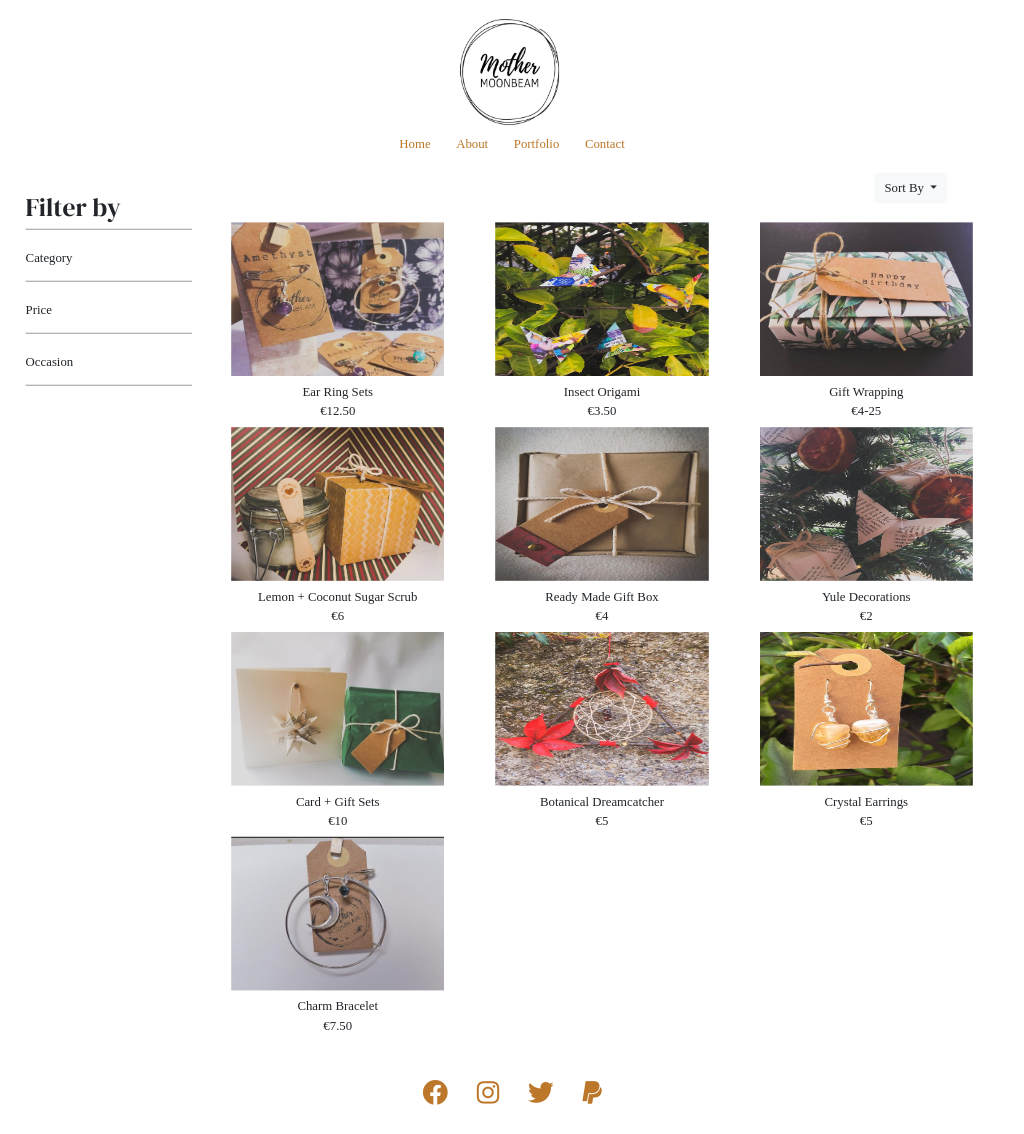
Repository: brianscan14/FE-1st-Milestone-Project
Page: portfolio.html
The author's editor kept a record of every edit. The page is drawn from the files as they stood at one moment, then again after the next edit.
The browser window is 1280 px wide. The pictures show the whole page, at 80% of full size.
Some web libraries are served in a nearby version.

Above is the page before.

### portfolio.html
<!DOCTYPE html>
<html lang="en">
<head>
	<meta charset="UTF-8">
	<meta name="viewport" content="width=device-width, initial-scale=1.0">
	<meta http-equiv="X-UA-Compatible" content="ie=edge">
	<link rel="stylesheet" href="https://use.fontawesome.com/releases/v5.8.2/css/all.css" type="text/css" />
	<link rel="stylesheet" href="https://stackpath.bootstrapcdn.com/bootstrap/4.3.1/css/bootstrap.min.css" type="text/css" />
	<link rel="stylesheet" href="https://stackpath.bootstrapcdn.com/bootstrap/4.3.1/css/bootstrap.min.css" type="text/css" />
	<link rel="stylesheet" href="assets/css/style.css" type="text/css" />
	<link href="https://fonts.googleapis.com/css?family=DM+Serif+Display&display=swap" rel="stylesheet">

	<title>Mother.Moonbeam | Arts & Crafts</title>
</head>

<body>


<header>

<span class="moon-logo d-none d-sm-block">
<img src="./assets/images/moonbeamlogo.png" style="width: 10em;height:10em;">
</span>

<ul class="nav nav-pills nav-small-screen mb-3 justify-content-center" id="pills-tab" role="tablist">
  <li class="nav-item">
    <a class="nav-link" id="pills-home-tab" data-toggle="pill" href="#pills-home" role="tab" aria-controls="pills-home" aria-selected="true">Home</a>
  </li>
  <li class="nav-item">
    <a class="nav-link" id="pills-profile-tab" data-toggle="pill" href="#pills-about" role="tab" aria-controls="pills-about" aria-selected="false">About</a>
  </li>
  <li class="nav-item">
    <a class="nav-link" id="pills-contact-tab" data-toggle="pill" href="#pills-portfolio" role="tab" aria-controls="pills-portfolio" aria-selected="false">Portfolio</a>
  </li>
    <li class="nav-item">
    <a class="nav-link" id="pills-contact-tab" data-toggle="pill" href="#pills-contact" role="tab" aria-controls="pills-contact" aria-selected="false">Contact</a>
  </li>
</ul>

<nav class="navbar navbar-light navbar-expand-sm nav-md-screen d-md-none fixed-top">
        <span class="navbar-brand">
                    Mother.Moonbeam <i class="fas fa-moon fa-lg"></i>
        </span>

        <button class="navbar-toggler ml-auto" type="button" data-toggle="collapse" data-target="#navbarNavDropdown" aria-controls="navbarNavDropdown" aria-expanded="false" aria-label="Toggle navigation">
        <span class="navbar-toggler-icon fa-sm"></span></button>

        <div class="collapse navbar-collapse" id="navbarNavDropdown">
            <ul class="navbar-nav mr-auto">
                <li class="nav-item ml-auto mr-auto"><a class="nav-link" href="#">Home</a></li>
                <li class="nav-item ml-auto mr-auto"><a class="nav-link" href="#">About</a></li>
                <li class="nav-item ml-auto mr-auto"><a class="nav-link" href="">Portfolio</a></li>
                <li class="nav-item ml-auto mr-auto"><a class="nav-link" href="">Contact</a></li>
            </ul>
        </div>

</nav>

</header>


<aside>


<div class="aside-section"><h2 class="shopfilterheading">Filter by</h2></div>


<div class="aside-section">
<p>
  <a class="" data-toggle="collapse" href="#collapseExample" role="button" aria-expanded="false" aria-controls="collapseExample">
    Category
  </a>
</p>
<div class="collapse" id="collapseExample">
    <div><a href="#">Origami</a></div>
    <div><a href="#">Winter Collection</a></div>
    <div><a href="#">Summer Collection</a></div>
    <div><a href="#">Gift Wrapping</a></div>
</div>
</div>

<div class="aside-section">
<p>
  <a class="" data-toggle="collapse" href="#collapseExample2" role="button" aria-expanded="false" aria-controls="collapseExample2">
    Price
  </a>
</p>
<div class="collapse" id="collapseExample2">
    <div><a href="#">0-€5</a></div>
    <div><a href="#">5-10€</a></div>
    <div><a href="#">10-20€</a></div>
    <div><a href="#">20€+</a></div>

</div>

</div>

<div class="aside-section">
<p>
  <a class="" data-toggle="collapse" href="#collapseExample3" role="button" aria-expanded="false" aria-controls="collapseExample3">
    Occasion
  </a>
</p>
<div class="collapse" id="collapseExample3">
    <div><a href="#">Birthday</a></div>
    <div><a href="#">Anniversay</a></div>
    <div><a href="#">Xmas gift sets</a></div>
</div>

</div>


</aside>


<article>

<div class="filtertest">

<div class="filterbutton" data-toggle="collapse" href="#collapseExample6" role="button" aria-expanded="false" aria-controls="collapseExample6">
    <div class="aside-section"><h2 class="shopfilterheading">Filter by</h2></div>
</div>

<div class="collapse" id="collapseExample6">

<div class="aside-section">
<p>
  <a class="" data-toggle="collapse" href="#collapseExample" role="button" aria-expanded="false" aria-controls="collapseExample">
    Category
  </a>
</p>
<div class="collapse" id="collapseExample">
    <div><a href="#">Origami</a></div>
    <div><a href="#">Winter Collection</a></div>
    <div><a href="#">Summer Collection</a></div>
    <div><a href="#">Gift Wrapping</a></div>
</div>
</div>

<div class="aside-section">
<p>
  <a class="" data-toggle="collapse" href="#collapseExample2" role="button" aria-expanded="false" aria-controls="collapseExample2">
    Price
  </a>
</p>
<div class="collapse" id="collapseExample2">
    <div><a href="#">0-€5</a></div>
    <div><a href="#">5-10€</a></div>
    <div><a href="#">10-20€</a></div>
    <div><a href="#">20€+</a></div>

</div>

</div>

<div class="aside-section">
<p>
  <a class="" data-toggle="collapse" href="#collapseExample3" role="button" aria-expanded="false" aria-controls="collapseExample3">
    Occasion
  </a>
</p>
<div class="collapse" id="collapseExample3">
    <div><a href="#">Birthday</a></div>
    <div><a href="#">Anniversay</a></div>
    <div><a href="#">Xmas gift sets</a></div>
</div>

</div>

</div>
</div>

<div class="sortby mb-2">

<div class="btn-group">
  <button type="button" class="btn btn-light dropdown-toggle" data-toggle="dropdown" aria-haspopup="true" aria-expanded="false">
    Sort By
  </button>
  <div class="dropdown-menu">
    <button class="dropdown-item" type="button">Price (low to high)</button>
    <button class="dropdown-item" type="button">Price (high to low)</button>
    <button class="dropdown-item" type="button">Name (A-Z)</button>
    <button class="dropdown-item" type="button">Name (Z-A)</button>
  </div>
</div>
</div>

<div class="row shopfront">

    <div class="col-6 col-md-4 shop-item">
        <img class="shop-item1" src="./assets/images/shopitems/item1.jpg"></img>
            <div class="overlay">
            <div class="overlaytext"><a href="#">Quick View</a></div>
            </div>
        <div class="shop-photo-title">Ear Ring Sets
            <a href="#"><p>€12.50</p></a>
        </div>
    </div>
    <div class="col-6 col-md-4 shop-item">
            <img class="shop-item1" src="./assets/images/shopitems/item2.jpg"></img>
            <div class="overlay">
            <div class="overlaytext"><a href="#">Quick View</a></div>
            </div>
        <div class="shop-photo-title">Insect Origami
            <a href="#"><p>€3.50</p></a>
        </div>
    </div>
    <div class="col-6 col-md-4 shop-item">
            <img class="shop-item1" src="./assets/images/shopitems/item3.jpg"></img>
            <div class="overlay">
            <div class="overlaytext"><a href="#">Quick View</a></div>
            </div>
        <div class="shop-photo-title">Gift Wrapping
            <a href="#"><p>€4-25</p></a>
        </div>
    </div>
    <div class="col-6 col-md-4 shop-item">
            <img class="shop-item1" src="./assets/images/shopitems/item4.jpg"></img>
            <div class="overlay">
            <div class="overlaytext"><a href="#">Quick View</a></div>
            </div>
        <div class="shop-photo-title">Lemon + Coconut Sugar Scrub
            <a href="#"><p>€6</p></a>
        </div>
        </div>
    <div class="col-6 col-md-4 shop-item">
            <img class="shop-item1" src="./assets/images/shopitems/item5.jpg"></img>
            <div class="overlay">
            <div class="overlaytext"><a href="#">Quick View</a></div>
            </div>
        <div class="shop-photo-title">Ready Made Gift Box
            <a href="#"><p>€4</p></a>
        </div>
    </div>
    <div class="col-6 col-md-4 shop-item">
            <img class="shop-item1" src="./assets/images/shopitems/item6.jpg"></img>
            <div class="overlay">
            <div class="overlaytext"><a href="#">Quick View</a></div>
            </div>
        <div class="shop-photo-title">Yule Decorations
            <a href="#"><p>€2</p></a>
        </div>
    </div>
    <div class="col-6 col-md-4 shop-item">
            <img class="shop-item1" src="./assets/images/shopitems/item7.jpg"></img>
            <div class="overlay">
            <div class="overlaytext"><a href="#">Quick View</a></div>
            </div>
        <div class="shop-photo-title">Card + Gift Sets
            <a href="#"><p>€10</p></a>
        </div>
    </div>
    <div class="col-6 col-md-4 shop-item">
            <img class="shop-item1" src="./assets/images/shopitems/item8.jpg"></img>
            <div class="overlay">
            <div class="overlaytext"><a href="#">Quick View</a></div>
            </div>
        <div class="shop-photo-title">Botanical Dreamcatcher
            <a href="#"><p>€5</p></a>
        </div>
    </div>
    <div class="col-6 col-md-4 shop-item">
            <img class="shop-item1" src="./assets/images/shopitems/item9.jpg"></img>
            <div class="overlay">
            <div class="overlaytext"><a href="#">Quick View</a></div>
            </div>
        <div class="shop-photo-title">Crystal Earrings
            <a href="#"><p>€5</p></a>
        </div>
    </div>
    <div class="col-6 col-md-4 shop-item">
            <img class="shop-item1" src="./assets/images/shopitems/item10.jpg"></img>
            <div class="overlay">
            <div class="overlaytext"><a href="#">Quick View</a></div>
            </div>
        <div class="shop-photo-title">Charm Bracelet
            <a href="#"><p>€7.50</p></a>
        </div>
    </div>

</div>


</article>

<footer>

    <div class="footer-main-section no-gutters footer-icons">
    <a href="https://www.youtube.com/" title="facebook" target="_blank"><i class="fab fa-facebook fa-2x"></i></a>
    <a href="https://www.youtube.com/" title="instagram" target="_blank"><i class="fab fa-instagram fa-2x"></i></a>
    <a href="https://www.youtube.com/" title="twitter" target="_blank"><i class="fab fa-twitter fa-2x"></i></a>
    <a href="https://www.youtube.com/" title="paypal" target="_blank"><i class="fab fa-paypal fa-2x"></i></a>
    </div>

</footer>

<script src="https://code.jquery.com/jquery-3.3.1.slim.min.js" integrity="sha384-q8i/X+965DzO0rT7abK41JStQIAqVgRVzpbzo5smXKp4YfRvH+8abtTE1Pi6jizo" crossorigin="anonymous"></script>
<script src="https://cdnjs.cloudflare.com/ajax/libs/popper.js/1.14.7/umd/popper.min.js" integrity="sha384-UO2eT0CpHqdSJQ6hJty5KVphtPhzWj9WO1clHTMGa3JDZwrnQq4sF86dIHNDz0W1" crossorigin="anonymous"></script>
<script src="https://stackpath.bootstrapcdn.com/bootstrap/4.3.1/js/bootstrap.min.js" integrity="sha384-JjSmVgyd0p3pXB1rRibZUAYoIIy6OrQ6VrjIEaFf/nJGzIxFDsf4x0xIM+B07jRM" crossorigin="anonymous"></script>


</body>



</html>

Loaded but not shown: assets/css/style.css (647 lines, source omitted)

After the next edit:
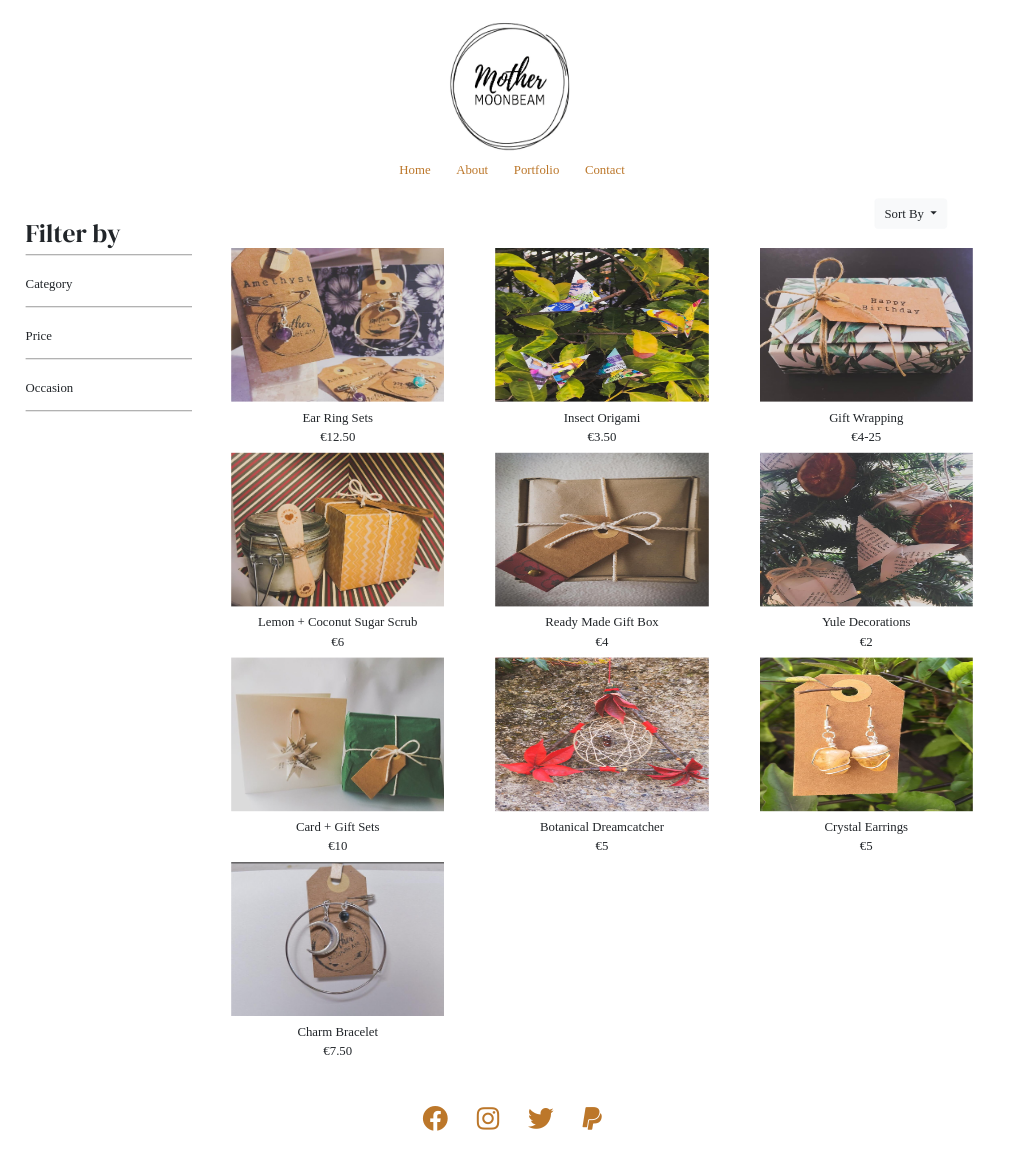
The edit:
--- a/portfolio.html
+++ b/portfolio.html
@@ -19,21 +19,21 @@
 <header>
 
 <span class="moon-logo d-none d-sm-block">
-<img src="./assets/images/moonbeamlogo.png" style="width: 10em;height:10em;">
+<img src="./assets/images/moonbeamlogo.png" style="width: 12em;height:12em;">
 </span>
 
 <ul class="nav nav-pills nav-small-screen mb-3 justify-content-center" id="pills-tab" role="tablist">
   <li class="nav-item">
-    <a class="nav-link" id="pills-home-tab" data-toggle="pill" href="#pills-home" role="tab" aria-controls="pills-home" aria-selected="true">Home</a>
+    <a class="nav-link" id="pills-home-tab" data-toggle="pill" href="index.html" role="tab" aria-controls="pills-home" aria-selected="true">Home</a>
   </li>
   <li class="nav-item">
-    <a class="nav-link" id="pills-profile-tab" data-toggle="pill" href="#pills-about" role="tab" aria-controls="pills-about" aria-selected="false">About</a>
+    <a class="nav-link" id="pills-about-tab"  data-toggle="pill" href="https://github.com/brianscan14/FE-1st-Milestone-Project/blob/master/About.html" role="tab" aria-controls="pills-about" aria-selected="true">About</a>
   </li>
   <li class="nav-item">
-    <a class="nav-link" id="pills-contact-tab" data-toggle="pill" href="#pills-portfolio" role="tab" aria-controls="pills-portfolio" aria-selected="false">Portfolio</a>
+    <a class="nav-link" id="pills-portfolio-tab" data-toggle="pill" href="https://github.com/brianscan14/FE-1st-Milestone-Project/blob/master/Porfolio.html" role="tab" aria-controls="pills-portfolio" aria-selected="true">Portfolio</a>
   </li>
     <li class="nav-item">
-    <a class="nav-link" id="pills-contact-tab" data-toggle="pill" href="#pills-contact" role="tab" aria-controls="pills-contact" aria-selected="false">Contact</a>
+    <a class="nav-link" id="pills-contact-tab" data-toggle="pill" href="https://github.com/brianscan14/FE-1st-Milestone-Project/blob/master/Contact.htmlt" role="tab" aria-controls="pills-contact" aria-selected="true">Contact</a>
   </li>
 </ul>
 
@@ -47,14 +47,16 @@
 
         <div class="collapse navbar-collapse" id="navbarNavDropdown">
             <ul class="navbar-nav mr-auto">
-                <li class="nav-item ml-auto mr-auto"><a class="nav-link" href="#">Home</a></li>
-                <li class="nav-item ml-auto mr-auto"><a class="nav-link" href="#">About</a></li>
-                <li class="nav-item ml-auto mr-auto"><a class="nav-link" href="">Portfolio</a></li>
-                <li class="nav-item ml-auto mr-auto"><a class="nav-link" href="">Contact</a></li>
+                <li class="nav-item ml-auto mr-auto"><a class="nav-link" href="https://github.com/brianscan14/FE-1st-Milestone-Project/blob/master/Index.html">Home</a></li>
+                <li class="nav-item ml-auto mr-auto"><a class="nav-link" href="https://github.com/brianscan14/FE-1st-Milestone-Project/blob/master/About.html">About</a></li>
+                <li class="nav-item ml-auto mr-auto"><a class="nav-link" href="https://github.com/brianscan14/FE-1st-Milestone-Project/blob/master/Porfolio.html">Portfolio</a></li>
+                <li class="nav-item ml-auto mr-auto"><a class="nav-link" href="https://github.com/brianscan14/FE-1st-Milestone-Project/blob/master/Contact.html">Contact</a></li>
             </ul>
         </div>
 
 </nav>
+
+
 
 </header>
 
